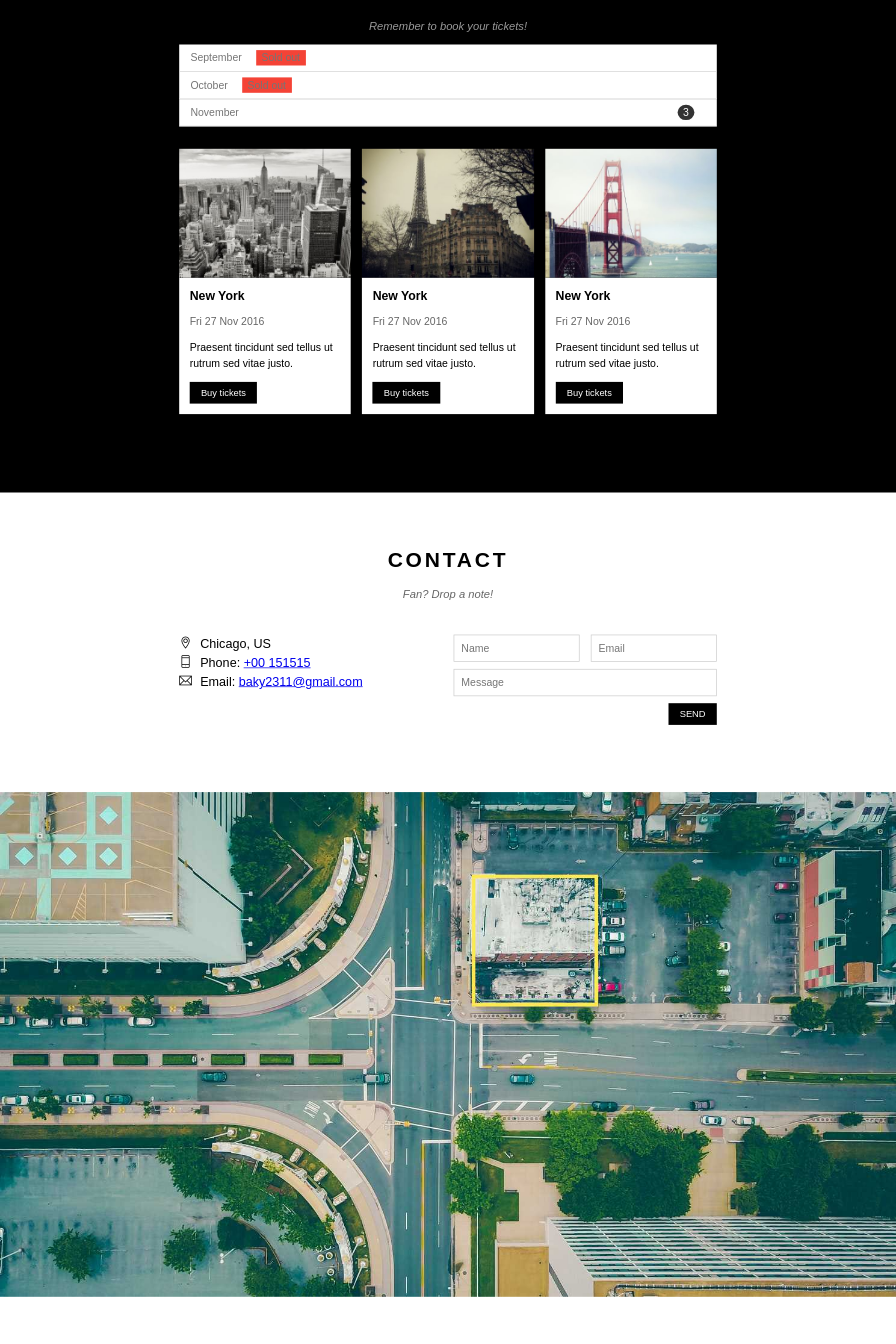
Repository: Bakyproit/the-Band
Page: index.html
These files come from the project's save history. The page is drawn as it stood at one moment and after the next save; the edit follows.
The browser window is 1280 px wide. The pictures show the part of the page from y = 1462 to 3382 px (the page is 3522 px tall), at 70% of full size.

Above is the page before, as saved 2022-01-04 09:28:20.

After the next save:
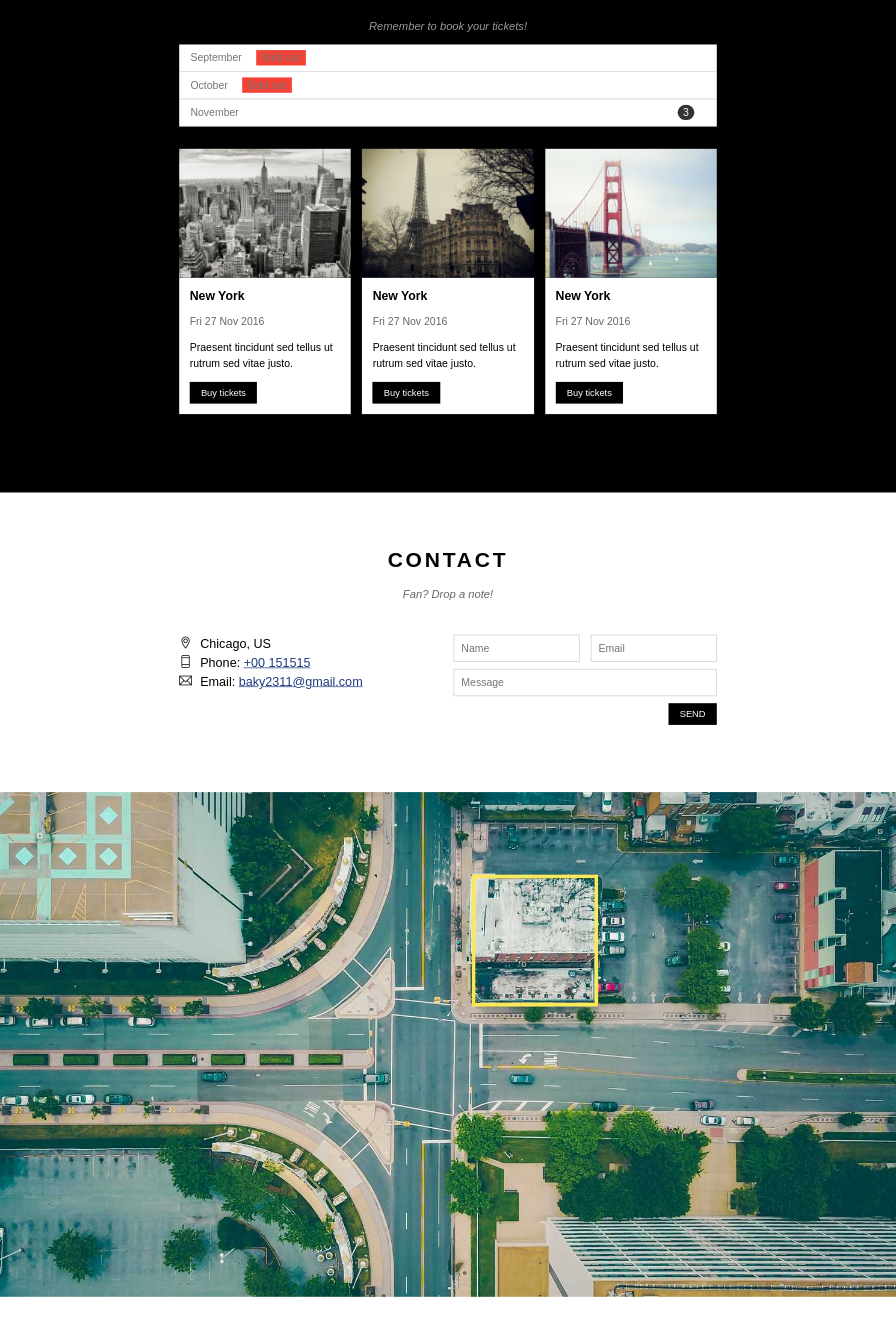
Saved 13 s later.
--- a/assets/css/style.css
+++ b/assets/css/style.css
@@ -301,7 +301,7 @@
     line-height: 1.5;
 }
 .contact-info a{
-    color:
+    color: #203b7f ;
 }
 .contact-info i[class*="ti-"]{
     display: inline-block;

After the save that followed:
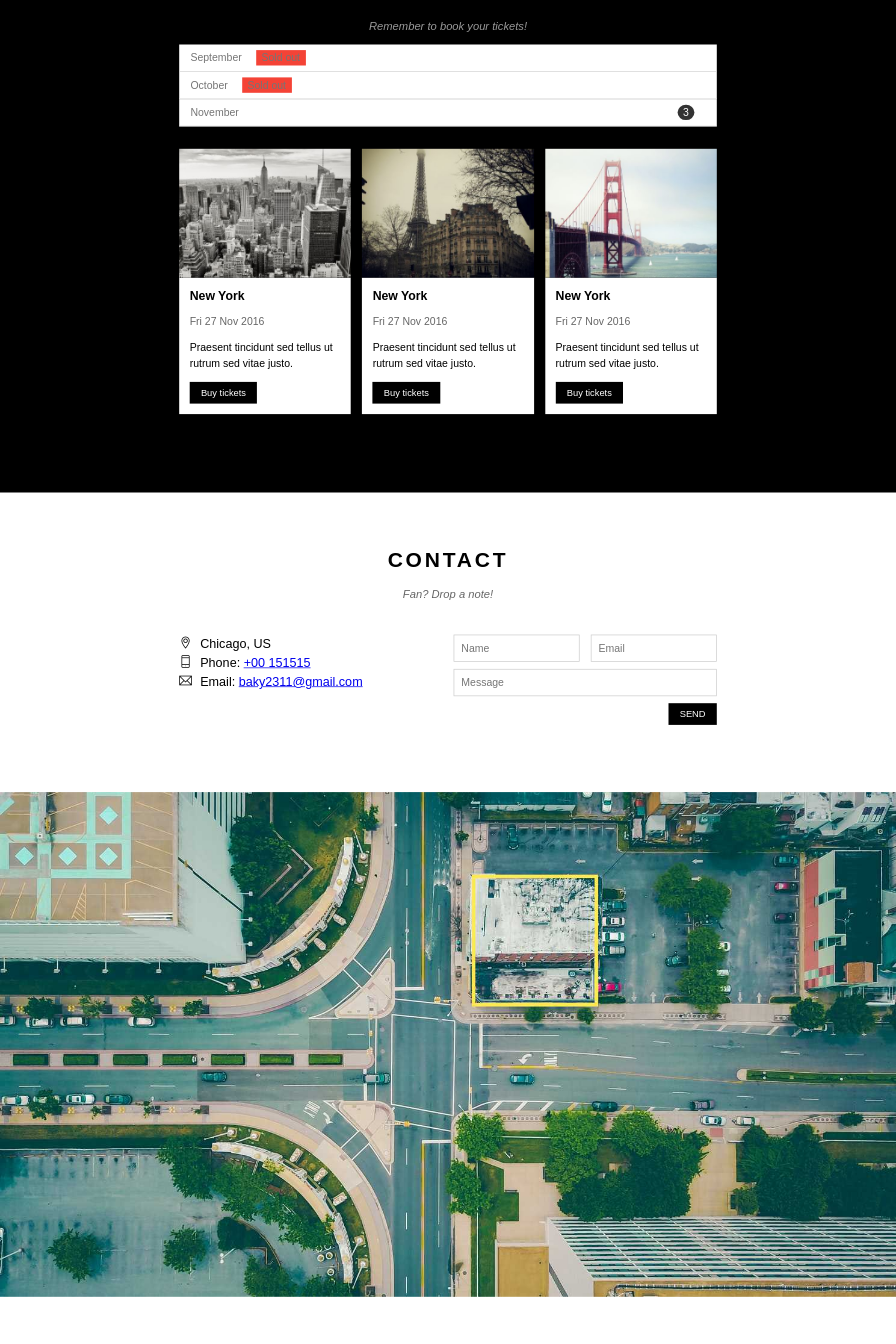
Saved 22 s later.
--- a/assets/css/style.css
+++ b/assets/css/style.css
@@ -301,7 +301,7 @@
     line-height: 1.5;
 }
 .contact-info a{
-    color: #203b7f ;
+    color: ##174bce ;
 }
 .contact-info i[class*="ti-"]{
     display: inline-block;
